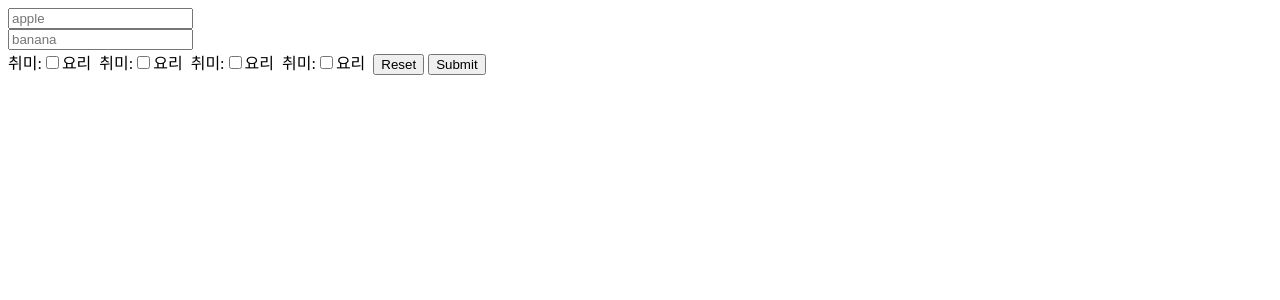
Repository: djdh94/jsp_practice
Page: http://localhost/JSPBasic/jspObject/3.cookie/test.jsp
The author's editor kept a copy of each file at every save. The page is drawn from the files as they stood at one save, then again after the next save.
The browser window is 1280 px wide. The pictures show the whole page.
The page is served by Tomcat 9. Other server files are loaded and not shown.

Above is the page before, as saved 2022-02-05 04:01:14.

### JSPBasic/src/main/webapp/jspObject/3.cookie/test.jsp
<%@page import="java.util.Date"%>
<%@page import="java.util.ArrayList"%>
<%@page import="java.util.List"%>
<%@ page language="java" contentType="text/html; charset=UTF-8"
    pageEncoding="UTF-8"%>


<!DOCTYPE html>
<html>
<head>
<meta charset="UTF-8">
<title>Insert title here</title>
</head>
<body>
	<form action="test2.jsp" method="get">
	<input type="text" name="apple" placeholder="apple"/><br/>
	<input type="password" name="banana" placeholder="banana"/><br/>
	취미:<input type="checkbox" name="hobby">요리&nbsp;
	취미:<input type="checkbox" name="hobby">요리&nbsp;
	취미:<input type="checkbox" name="hobby">요리&nbsp;
	취미:<input type="checkbox" name="hobby">요리&nbsp;
	<input type="reset"/>
	<input type="submit"/>
	</form>
</body>
</html>

After the next save:
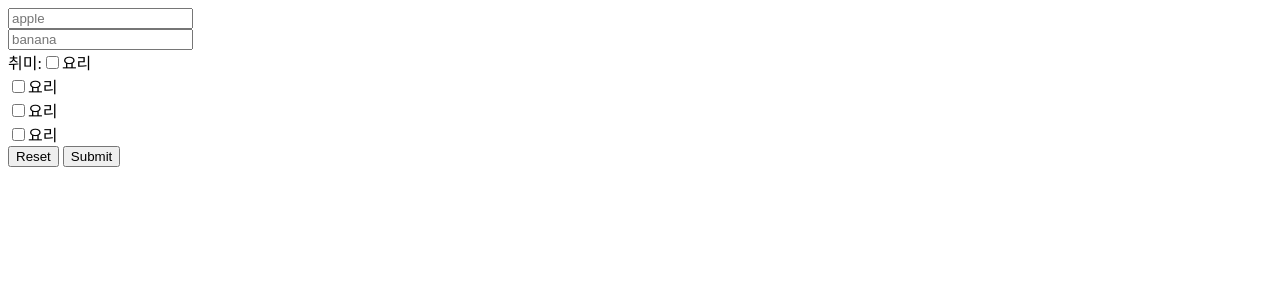
Saved 36 s later.
--- a/JSPBasic/src/main/webapp/jspObject/3.cookie/test.jsp
+++ b/JSPBasic/src/main/webapp/jspObject/3.cookie/test.jsp
@@ -15,10 +15,10 @@
 	<form action="test2.jsp" method="get">
 	<input type="text" name="apple" placeholder="apple"/><br/>
 	<input type="password" name="banana" placeholder="banana"/><br/>
-	취미:<input type="checkbox" name="hobby">요리&nbsp;
-	취미:<input type="checkbox" name="hobby">요리&nbsp;
-	취미:<input type="checkbox" name="hobby">요리&nbsp;
-	취미:<input type="checkbox" name="hobby">요리&nbsp;
+	취미:<input type="checkbox" name="hobby">요리&nbsp;<br/>
+	<input type="checkbox" name="hobby">요리&nbsp;<br/>
+	<input type="checkbox" name="hobby">요리&nbsp;<br/>
+	<input type="checkbox" name="hobby">요리&nbsp;<br/>
 	<input type="reset"/>
 	<input type="submit"/>
 	</form>
